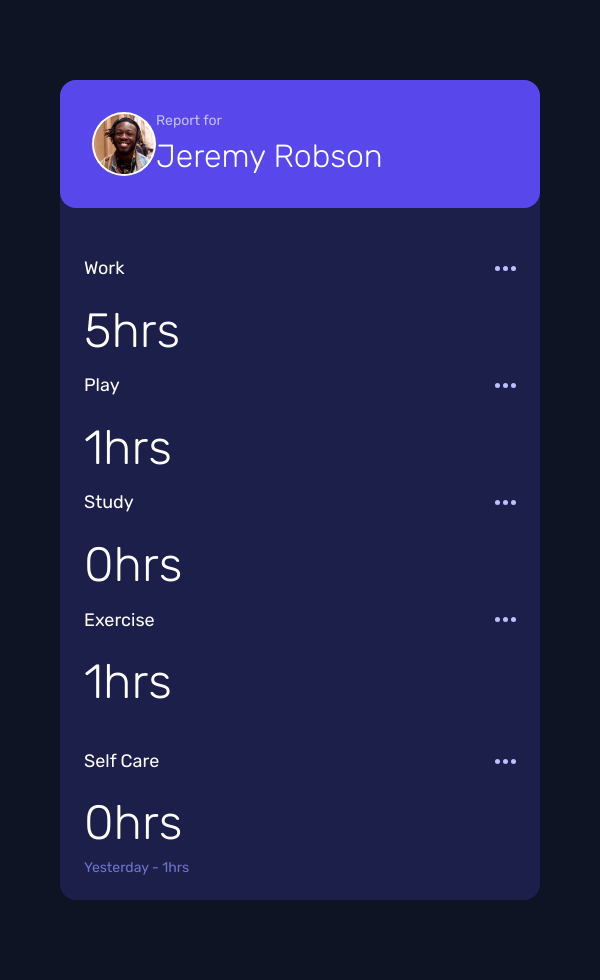
Repository: Jay-JYKim91/FM_time-tracking-dashboard
Page: index.html
These files come from the project's save history. The page is drawn as it stood at one moment and after the next save; the edit follows.
The browser window is 600 px wide. The pictures show the whole page.

Above is the page before, as saved 2021-12-19 22:49:18.

### index.html
<!DOCTYPE html>
<html lang="en">
<head>
  <meta charset="UTF-8">
  <meta name="viewport" content="width=device-width, initial-scale=1.0"> <!-- displays site properly based on user's device -->

  <link rel="icon" type="image/png" sizes="32x32" href="./images/favicon-32x32.png">

  <title>Time tracking dashboard</title>
  <link rel="stylesheet" href="https://cdnjs.cloudflare.com/ajax/libs/normalize/8.0.1/normalize.min.css" integrity="sha512-NhSC1YmyruXifcj/KFRWoC561YpHpc5Jtzgvbuzx5VozKpWvQ+4nXhPdFgmx8xqexRcpAglTj9sIBWINXa8x5w==" crossorigin="anonymous" referrerpolicy="no-referrer" />
  <link rel="preconnect" href="https://fonts.googleapis.com">
  <link rel="preconnect" href="https://fonts.gstatic.com" crossorigin>
  <link href="https://fonts.googleapis.com/css2?family=Rubik:wght@300;400;500&display=swap" rel="stylesheet">
  <link rel="stylesheet" href="style.css">
  <script src="main.js" defer></script>
</head>
<body>
  <section class="container">
    <article class="card profile-card">
        <div class="profile-card--name">
          <div class="profile-img-box">
            <img src="./images/image-jeremy.png" alt="jeremy" class="profile-img">
          </div>
          <div>
            <p>Report for</p>
            <p class="name">Jeremy Robson</p>
          </div>
        </div>
        <div class="option">
          <input type="radio" name="period" value="daily" id="daily"  data-time="date" checked>
          <label for="daily" class="change-duration" id="daily-label">Daily</label>
          <input type="radio" name="period" value="weekly" id="weekly" data-time="week">
          <label for="weekly" class="change-duration" id="weekly-label">Weekly</label>
          <input type="radio" name="period" value="monthly" id="monthly" data-time="month">
          <label for="monthly" class="change-duration" id="monthly-label">Monthly</label>
        </div>
        <!-- <ul>
          <li>Daily</li>
          <li><a href="">Weekly</a></li>
          <li><a href="">Monthly</a></li>
        </ul> -->
    </article>
    <article class="card feature-card work-bg">
      <div class="card feature-card--text">
        <div class="title-wrapper">
          <p class="title">Work</p>
          <img src="./images/icon-ellipsis.svg" alt="ellipsis">
        </div>
        <p class="time"></p>
        <p class="previous-time"></p>
      </div>
    </article>
    <article class="card feature-card play-bg">
      <div class="card feature-card--text">
        <div class="title-wrapper">
          <p class="title">Play</p>
          <img src="./images/icon-ellipsis.svg" alt="ellipsis">
        </div>
        <p class="time"></p>
        <p class="previous-time"></p>
      </div>
    </article>
    <article class="card feature-card study-bg">
      <div class="card feature-card--text">
        <div class="title-wrapper">
          <p class="title">Study</p>
          <img src="./images/icon-ellipsis.svg" alt="ellipsis">
        </div>
        <p class="time"></p>
        <p class="previous-time"></p>
      </div>
    </article>
    <article class="card feature-card exercise-bg">
      <div class="card feature-card--text">
        <div class="title-wrapper">
          <p class="title">Exercise</p>
          <img src="./images/icon-ellipsis.svg" alt="ellipsis">
        </div>
        <p class="time"></p>
        <p class="previous-time"></p>
      </div>
    </article>
    <article class="card feature-card social-bg">
      <div class="card feature-card--text">
        <div class="title-wrapper">
          <p class="title">Social</p>
          <img src="./images/icon-ellipsis.svg" alt="ellipsis">
        </div>
        <p class="time"></p>
        <p class="previous-time"></p>
      </div>
    </article>
    <article class="card feature-card self-care-bg">
      <div class="card feature-card--text">
        <div class="title-wrapper">
          <p class="title">Self Care</p>
          <img src="./images/icon-ellipsis.svg" alt="ellipsis">
        </div>
        <p class="time"></p>
        <p class="previous-time"></p>
      </div>
    </article>
  </section>








  <!-- <div class="attribution">
    Challenge by <a href="https://www.frontendmentor.io?ref=challenge" target="_blank">Frontend Mentor</a>.
    Coded by <a href="#">Your Name Here</a>.
  </div> -->
</body>
</html>

### style.css
:root {
  --body-font: "Rubik", sans-serif;

  --blue: hsl(246, 80%, 60%);
  --light-red-work: hsl(15, 100%, 70%);
  --soft-blue-play: hsl(195, 74%, 62%);
  --light-red-study: hsl(348, 100%, 68%);
  --lime-green-exercise: hsl(145, 58%, 55%);
  --violet-social: hsl(264, 64%, 52%);
  --soft-orange-self-care: hsl(43, 84%, 65%);
  --very-dark-blue: hsl(226, 43%, 10%);
  --dark-blue: hsl(235, 46%, 20%);
  --desaturated-blue: hsl(235, 45%, 61%);
  --pale-blue: hsl(236, 100%, 87%);
}
body {
  background-color: var(--very-dark-blue);
  color: white;
  font-family: var(--body-font);
}
a {
  text-decoration: none;
  color: white;
}
p {
  margin: 0;
}
.container {
  width: 80vw;
  margin: 20vh auto;
  max-width: 1152px;
  display: grid;
  grid-template-columns: repeat(4, 1fr);
  gap: 1.5em;
}
.card {
  border-radius: 1em;
  background-color: var(--dark-blue);
  min-width: 192px;
  box-sizing: border-box;
}
.profile-card {
  grid-row: 1 / 3;
}
/* .profile-card ul {
  list-style: none;
  padding-left: 2em;
  margin: 2em 0;
} */
.option {
  display: grid;
  padding: 2em;
  grid-gap: 1em;
}
.option input[type="radio"] {
  display: none;
}
.option input[type="radio"]:checked + label {
  color: white;
}
.option label {
  color: var(--desaturated-blue);
  cursor: pointer;
}
.profile-card--name {
  background-color: var(--blue);
  padding: 2em;
  border-radius: 1em;
}
.profile-card--name p {
  color: var(--pale-blue);
  margin: 0;
  font-size: 14px;
}
.profile-card--name .name {
  color: white;
  font-size: 2rem;
  font-weight: 300;
  margin: 0.3em 0 1.5em 0;
}
.profile-img-box {
  width: 64px;
  height: 64px;
  border-radius: 50%;
  background-color: white;
  margin-bottom: 2em;
}
.profile-img {
  width: 60px;
  margin: 2px;
}
.profile-card li {
  margin-bottom: 1em;
}
.profile-card li a {
  font-size: 18px;
  color: var(--desaturated-blue);
}
.feature-card {
  position: relative;
  background-repeat: no-repeat;
  background-position: top right;
  background-position-y: -10px;
}
.feature-card--text {
  position: absolute;
  bottom: 0;
  width: -webkit-fill-available;
  padding: 1.5em;
}
.title-wrapper {
  display: flex;
  justify-content: space-between;
  align-items: center;
}
.title-wrapper .title {
  font-size: 1.125rem;
  font-weight: 400;
  margin: 0;
}
.title-wrapper img {
  /* height: fit-content; */
}
.time {
  font-size: 3rem;
  margin: 0.5em 0 0.2em 0;
  font-weight: 300;
}
.previous-time {
  color: var(--desaturated-blue);
  font-size: 14px;
}

.work-bg {
  background-image: url("./images/icon-work.svg");
  background-color: var(--light-red-work);
}
.play-bg {
  background-image: url("./images/icon-play.svg");
  background-color: var(--soft-blue-play);
}
.exercise-bg {
  background-image: url("./images/icon-exercise.svg");
  background-color: var(--lime-green-exercise);
  background-position-y: 0;
}
.self-care-bg {
  background-image: url("./images/icon-self-care.svg");
  background-color: var(--soft-orange-self-care);
}
.social-bg {
  background-image: url("./images/icon-social.svg");
  background-color: var(--violet-social);
  background-position-y: 0;
}
.study-bg {
  background-image: url("./images/icon-study.svg");
  background-color: var(--light-red-study);
}

/* Tablet size */
@media (min-width: 768px) and (max-width: 1023px) {
  .container {
    grid-template-columns: repeat(3, 1fr);
    grid-template-rows: repeat(3, 1fr);
  }
  .social-bg {
    grid-column: 2 / 3;
    grid-row: 3 / 4;
  }
  .self-care-bg {
    grid-column: 3 / 4;
    grid-row: 3 / 4;
  }
}

/* Mobile size */
@media (max-width: 767px) {
  .container {
    grid-template-columns: 100%;
    grid-template-rows: repeat(7, 1fr);
    margin: 10vh auto;
  }
  .profile-img-box {
    margin-bottom: 0;
  }
  .profile-card--name {
    display: flex;
    align-items: center;
  }
  .profile-card--name .name {
    margin-bottom: 0;
  }
  .option {
    display: flex;
    justify-content: space-between;
  }
}

### main.js
const defaultCurrent = document.getElementsByClassName('time');
const defaultPrevious = document.getElementsByClassName('previous-time');
let dailyCurrentList   = [];
let dailyPreviousList  = [];
let weeklyCurrentList  = [];
let weeklyPreviousList = [];
let monthlyCurrentList = [];
let monthlyPreviousList = [];

// Get data
fetch('./data.json')
.then(response => response.json())
.then(json_data =>  {
  json_data.forEach(element => {
    dailyCurrentList.push(element.timeframes.daily.current);
    dailyPreviousList.push(element.timeframes.daily.previous);
    weeklyCurrentList.push(element.timeframes.weekly.current);
    weeklyPreviousList.push(element.timeframes.weekly.previous);
    monthlyCurrentList.push(element.timeframes.monthly.current);
    monthlyPreviousList.push(element.timeframes.monthly.previous);
  })
})
.then(() => {
    for (let i = 0; i < dailyCurrentList.length; i++) {
        defaultCurrent[i].innerText = dailyCurrentList[i] + 'hrs';
        defaultPrevious[i].innerText = 'Yesterday - ' + dailyPreviousList[i] + 'hrs';
    }
})

// Display data
let periodOptionList = document.getElementsByName('period');

periodOptionList.forEach(periodOption => {
    periodOption.addEventListener('click', function() {
        if (periodOption.checked) {
            displayData(periodOption.value);
        }
    })
})

//
function displayData(period) {{
    let curList;
    let prevList;
    let detailText;

    switch (period) {
        case 'daily':
            curList = dailyCurrentList;
            prevList = dailyPreviousList;
            detailText = "Yesterday";
            break;
        case 'weekly':
            curList = weeklyCurrentList;
            prevList = weeklyPreviousList;
            detailText = "Last week";
            break;
        case 'monthly':
            curList = monthlyCurrentList;
            prevList = monthlyPreviousList;
            detailText = "Last month";
            break;
    }
    // console.log(curList);
    // console.log(detailText);
    for (let i = 0; i < dailyPreviousList.length; i++) {
        // console.log(curList[i]);
        defaultCurrent[i].innerText = curList[i] + 'hrs';
        defaultPrevious[i].innerText = detailText + ' - ' + prevList[i] + 'hrs';
    }
}}

Loaded but not shown: data.json (common file)

After the next save:
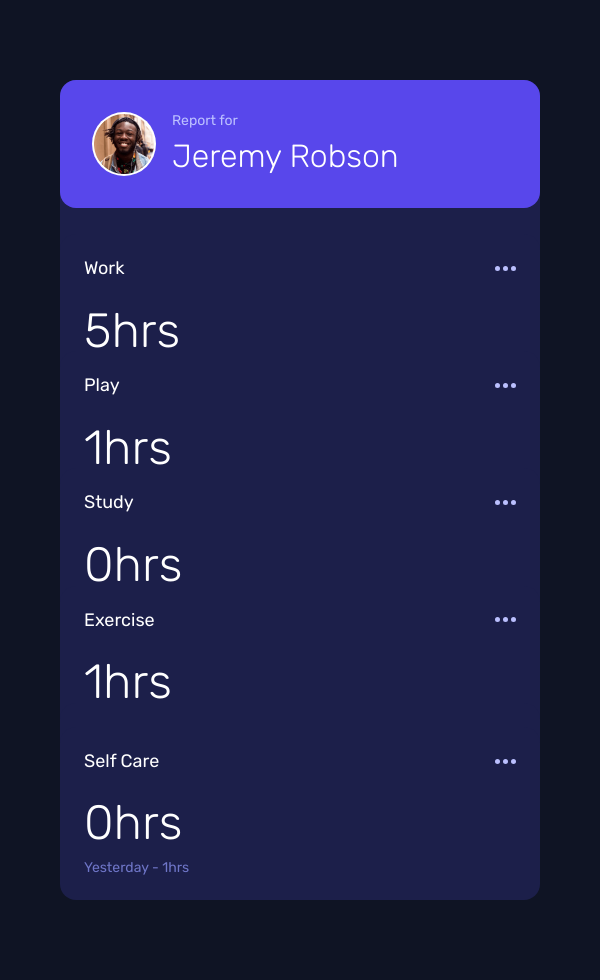
Saved 12 s later.
--- a/style.css
+++ b/style.css
@@ -183,6 +183,7 @@ p {
   }
   .profile-img-box {
     margin-bottom: 0;
+    margin-right: 1em;
   }
   .profile-card--name {
     display: flex;
